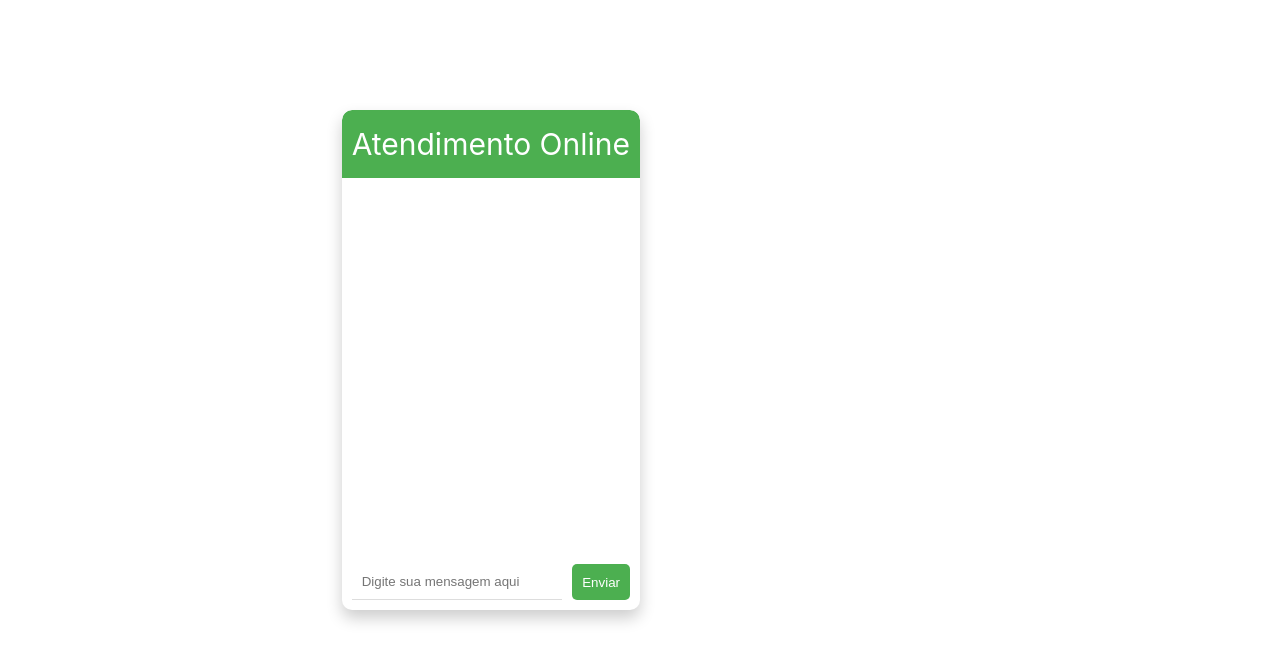
Repository: GabrielGuinzani/vueChat
Page: /
An editor plug-in stored every save of this project. The page is shown before and after the next save, followed by the edit.
The browser window is 1280 px wide. The pictures show the whole page.
Some web libraries are served in a nearby version. The project was rebuilt for these pictures with package versions that can differ from the ones it lists, and the page was loaded fresh each time. Also part of the build but not shown: vite.config.js.

Above is the page before, as saved 2023-04-18 21:27:58.

After the next save:
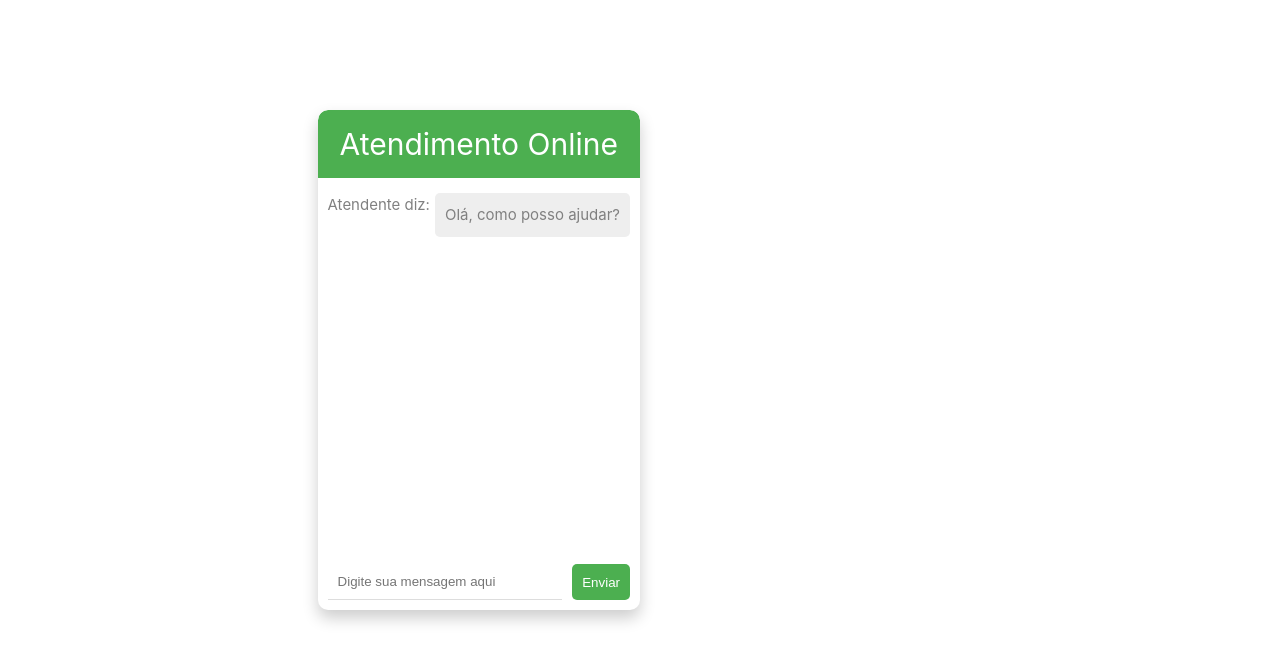
Saved 2 min 8 s later.
--- a/src/App.vue
+++ b/src/App.vue
@@ -46,15 +46,16 @@ header {
 }
 </style> -->
 
-
+<!--
 <template>
   <div id="chat-screen">
     <div class="titulo">
       <h2>Atendimento Online</h2>
     </div>
     <div class="messages-list" id="conversa">
-
   </div>
+
+
     <div class="messages-list" ref="messagesList">
       <div v-for="(message, index) in messages" :key="index" :class="[message.type === 'user' ? 'message-item2' : 'message-item']">
         <div class="msg-user" v-if="message.type === 'user'"><strong>{{ message.author }} diz:</strong>
@@ -62,6 +63,28 @@ header {
         <div class="msg-chat">{{ message.text }}
         </div>
 
+      </div>
+    </div>
+    <form id="form-chat-send" @submit.prevent="sendMessage">
+      <input id="message" type="text" class="typebar" v-model="messageText" placeholder="Digite sua mensagem aqui">
+      <button type="submit" class="botao">Enviar</button>
+    </form>
+  </div>
+</template> -->
+
+<template>
+  <div id="chat-screen">
+    <div class="titulo">
+      <h2>Atendimento Online</h2>
+    </div>
+    <div class="messages-list" ref="messagesList">
+      <div v-for="(message, index) in messages" :key="index" :class="[message.type === 'user' ? 'message-item2' : 'message-item']">
+        <div class="msg-user" v-if="message.type === 'user'"><strong>{{ message.author }} diz:</strong></div>
+        <div class="msg-chat">{{ message.text }}</div>
+      </div>
+      <div class="message-item">
+        <div class="msg-user"><strong>Atendente diz:</strong></div>
+        <div class="msg-chat">Olá, como posso ajudar?</div>
       </div>
     </div>
     <form id="form-chat-send" @submit.prevent="sendMessage">
